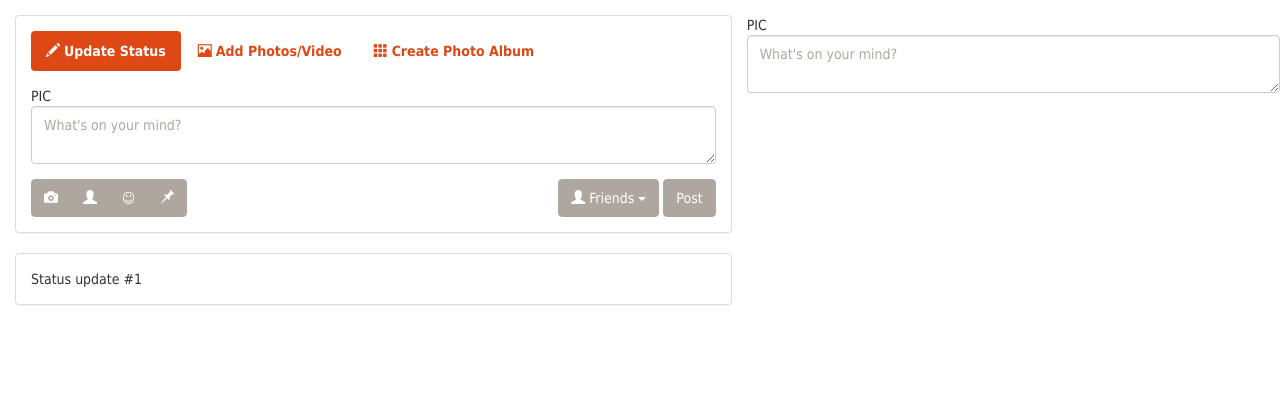
Repository: harshagithub19/news_feed
Page: fbapp3/src/main/webapp/statuscheck.html
These files come from the project's save history. The page is drawn as it stood at one moment and after the next save; the edit follows.
The browser window is 1280 px wide. The pictures show the whole page.
Some web fonts or font styles are not loaded; a fallback is used. Some web libraries are served in a nearby version.

Above is the page before, as saved 2017-03-02 04:18:08.

### fbapp3/src/main/webapp/statuscheck.html
<!DOCTYPE html>
<html>
<head>
<meta charset="UTF-8">
<meta http-equiv="Content-Type" content="text/html; charset=ISO-8859-1">


<script src="https://ajax.googleapis.com/ajax/libs/jquery/3.1.1/jquery.min.js"></script>
<script src="https://ajax.googleapis.com/ajax/libs/jquery/3.1.1/jquery.ui.min.js"></script>
<script src="https://maxcdn.bootstrapcdn.com/bootstrap/3.3.7/js/bootstrap.min.js"></script>
<script type="text/javascript" src="http://cdn.jsdelivr.net/jquery.cookie/1.3.1/jquery.cookie.js"></script>
<link href="bootstrap/css/bootstrap.css" rel="stylesheet" />
<link href="assets/css/bootstrap-united.css" rel="stylesheet" />



<style type="text/css">
</style>
<title>Insert title here</title>
</head>
<body>


<!-- Main feed: A cell that spans 7 columns -->
<div class="col-md-7">
  <!-- Status update entry -->
		 <div class="panel panel-default">
		  <div class="panel-body">
		    <ul class="nav nav-pills">
		      <li role="presentation" class="active">
		        <a href="#"><span class="glyphicon glyphicon-pencil"></span> <strong>Update Status</strong></a>
		      </li>
		      <li role="presentation">
		        <a href="#"><span class="glyphicon glyphicon-picture"></span> <strong>Add Photos/Video</strong></a>
		      </li>
		      <li role="presentation">
		        <a href="#"><span class="glyphicon glyphicon-th"></span> <strong>Create Photo Album</strong></a>
		      </li>
		    </ul>

		     <div class="media">
				  <div class="media-left media-top">
				    PIC
				  </div>
				  <div class="media-body">
				    <div class="form-group">
				      <!-- rows="2" means "display the textarea as 2 rows high". The user can
				           enter more than 2 rows of text. -->
				      <textarea class="form-control" rows="2" placeholder="What's on your mind?"></textarea>
				    </div>
				  </div>
			</div>

			 <div class="row">
				  <div class="col-md-6">
				    <div class="btn-group" role="group">
				      <button type="button" class="btn btn-default">
				        <span class="glyphicon glyphicon-camera"></span>
				      </button>
				      <button type="button" class="btn btn-default">
				        <span class="glyphicon glyphicon-user"></span>
				      </button>
				      <button type="button" class="btn btn-default">
				        ☺
				      </button>
				      <button type="button" class="btn btn-default">
				        <span class="glyphicon glyphicon-pushpin"></span>
				      </button>
				    </div>
				  </div>
				  <div class="col-md-6">
				    <div class="pull-right">
				      <button type="button" class="btn btn-default">
				        <span class="glyphicon glyphicon-user"></span> Friends <span class="caret"></span>
				      </button>
				      <button type="button" class="btn btn-default">
				        Post
				      </button>
				    </div>
				  </div>
           </div>



		  </div>
		</div>


  <!-- Status update #1 -->
  <div class="panel panel-default">
    <div class="panel-body">
      Status update #1
    </div>
  </div>
</div>



<div class="media">
  <div class="media-left media-top">
    PIC
  </div>
  <div class="media-body">
    <div class="form-group">
      <!-- rows="2" means "display the textarea as 2 rows high". The user can
           enter more than 2 rows of text. -->
      <textarea class="form-control" rows="2" placeholder="What's on your mind?"></textarea>
    </div>
  </div>
</div>






</body>
</html>

Loaded but not shown: fbapp3/src/main/webapp/bootstrap/css/bootstrap.css (library); fbapp3/src/main/webapp/assets/css/bootstrap-united.css (library)

After the next save:
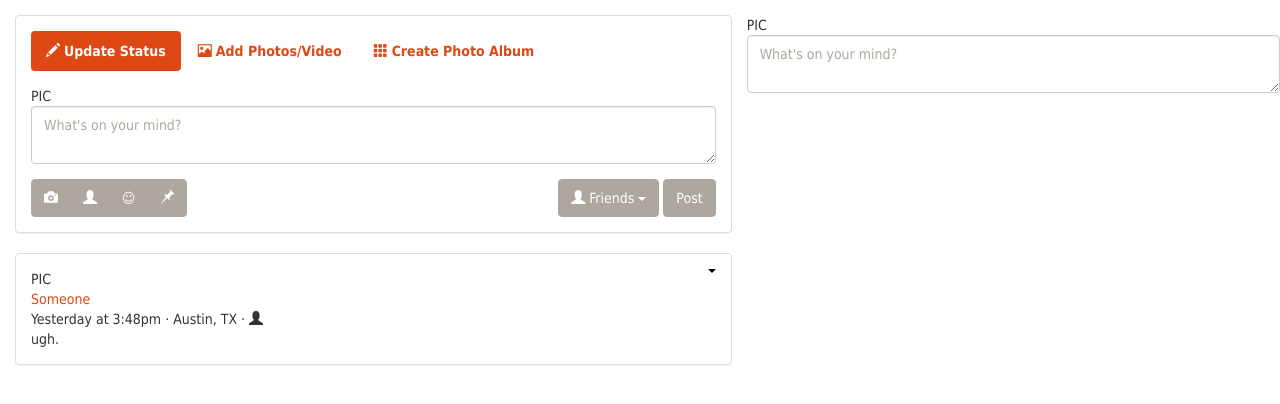
Saved 111 s later.
--- a/fbapp3/src/main/webapp/statuscheck.html
+++ b/fbapp3/src/main/webapp/statuscheck.html
@@ -88,10 +88,33 @@
 
   <!-- Status update #1 -->
   <div class="panel panel-default">
-    <div class="panel-body">
-      Status update #1
+  <div class="panel-body">
+    <!-- Post metadata -->
+    <div class="row">
+      <div class="col-md-10">
+        <div class="media">
+          <div class="media-left media-top">
+            PIC
+          </div>
+          <div class="media-body">
+            <a href="#">Someone</a>
+            <br> Yesterday at 3:48pm · Austin, TX · <span class="glyphicon glyphicon-user"></span>
+          </div>
+        </div>
+      </div>
+      <div class="col-md-2">
+        <span class="caret pull-right"></span>
+      </div>
+    </div>
+    <!-- Post content -->
+    <div class="row">
+      <div class="col-md-12">
+        ugh.
+      </div>
     </div>
   </div>
+</div>
+
 </div>
 
 
